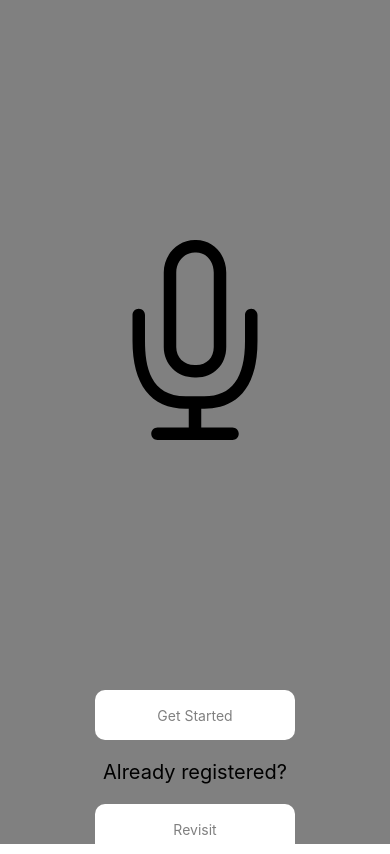
Repository: mortiestmorty1/recordings-app
Screen: / (app in frontend/)
The author's editor kept a copy of each file at every save. The screen is drawn from the files as they stood at one save, then again after the next save.
The app was drawn by React Native's web renderer in a window 390 px wide. The project was rebuilt for these pictures with package versions that can differ from the ones it lists, and the page was loaded fresh each time. Also part of the build but not shown: frontend/components/registerUser.js.

Above is the screen before, as saved 2024-03-07 22:55:24.

### frontend/App.js
import { StatusBar } from 'expo-status-bar';
import { StyleSheet, View } from 'react-native';
import RegisterUser from './components/registerUser.js';
import React from 'react';
import FirstScreen from './components/firstscreen.js';

export default function App() {
  const handleRegistrationSuccess = (userData) => {
    console.log('User registered:', userData);
  };

  return (
    <View style={styles.container}>
      <FirstScreen />
      {/* <RegisterUser onSubmit={handleRegistrationSuccess} /> */}
      <StatusBar style="auto" />
    </View>
  );
}

const styles = StyleSheet.create({
  container: {
    flex: 1,
    backgroundColor: '#fff',
    alignItems: 'center',
    justifyContent: 'center',
  },
});

### frontend/components/firstscreen.js
import React from 'react';
import { View, Text, StyleSheet, TouchableOpacity } from 'react-native';
import { Svg, Path } from 'react-native-svg';

const FirstScreen = () => {
  return (
    <View style={styles.container}>
      <Svg style={styles.logo} fill="#000000" width="200" height="200" viewBox="0 0 1024 1024">
        <Path d="M510.88 704h7.6C607.44 704 672 638.4 672 548.032V166.624C672 73.184 604.56 0 518.466 0h-7.584C423.264 0 352 74.752 352 166.624v381.408C352 636.944 420.304 704 510.88 704zM416 166.624C416 110.032 458.56 64 510.88 64h7.6C569.504 64 608 108.128 608 166.624v381.408C608 603.024 572.032 640 518.464 640h-7.584c-55.872 0-94.88-37.808-94.88-91.968zM800 352c-17.68 0-32 14.336-32 32v133.072c0 190.4-67.968 282.929-207.744 282.929H465.12c-182.8 0-209.12-153.84-209.12-282.928V384.001c0-17.664-14.336-32-32-32s-32 14.336-32 32v133.072c0 220.496 91.888 346.928 273.12 346.928H480v96H320c-17.664 0-32 14.336-32 32s14.336 32 32 32h384c17.664 0 32-14.336 32-32s-14.336-32-32-32H544v-96h16.256C684.224 864.001 832 803.809 832 517.072V384c0-17.664-14.32-32-32-32z" />
      </Svg>
      <View style={styles.content}>
        <TouchableOpacity style={styles.btn1} onPress={() => console.log("Get Started pressed")}>
          <Text style={styles.btnText}>Get Started</Text>
        </TouchableOpacity>
        <Text style={styles.text}>Already registered?</Text>
        <TouchableOpacity style={styles.btn1} onPress={() => console.log("Revisit pressed")}>
          <Text style={styles.btnText}>Revisit</Text>
        </TouchableOpacity>
      </View>
    </View>
  );
};

const styles = StyleSheet.create({
  container: {
    flex: 1,
    width: '100%', // Ensure the container spans the full width
    height: '100%',
    justifyContent: 'center',
    alignItems: 'center',
    backgroundColor: 'grey',
  },
  logo: {
    width: 200,
    height: 200,
    bottom: 100, // Changed from bottom to marginBottom for better layout control
  },
  text: {
    fontSize: 20,
    margin: 20,
  },
  content: {
    justifyContent: 'center',
    alignItems: 'center',
    top: 250, // Changed from top to marginTop for better layout control
  },
  btn1: {
    width: 200,
    height: 50,
    backgroundColor: 'white',
    borderRadius: 10,
    justifyContent: 'center',
    alignItems: 'center',
  },
  btnText: {
    color: 'grey', // Style for the text inside TouchableOpacity
  },
});

export default FirstScreen;

After the next save:
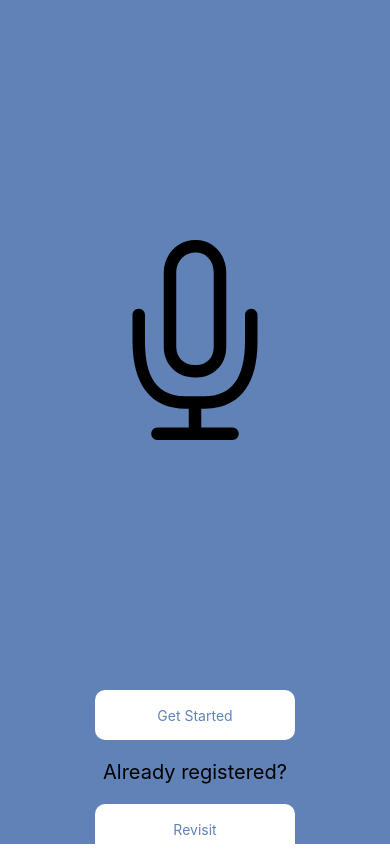
Saved 3 min 35 s later.
--- a/frontend/components/firstscreen.js
+++ b/frontend/components/firstscreen.js
@@ -28,7 +28,7 @@ const styles = StyleSheet.create({
     height: '100%',
     justifyContent: 'center',
     alignItems: 'center',
-    backgroundColor: 'grey',
+    backgroundColor: '#6082B6',
   },
   logo: {
     width: 200,
@@ -53,7 +53,7 @@ const styles = StyleSheet.create({
     alignItems: 'center',
   },
   btnText: {
-    color: 'grey', // Style for the text inside TouchableOpacity
+    color: '#6082B6', // Style for the text inside TouchableOpacity
   },
 });
 
